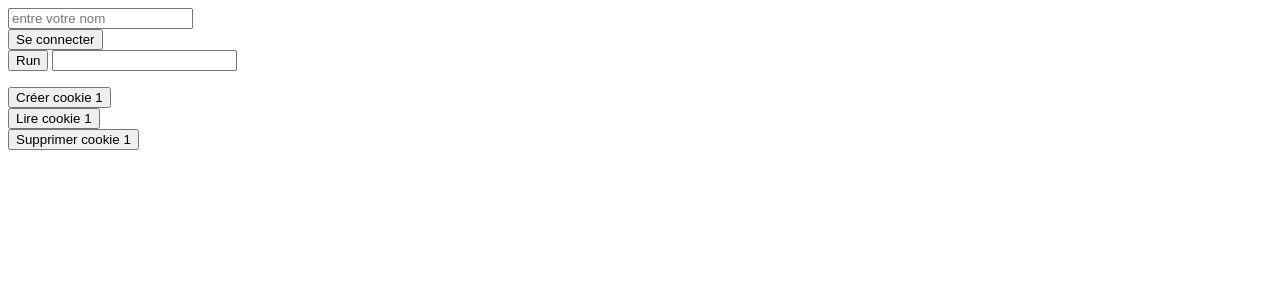
Repository: SarahG4000/workshop-cookies
Page: http://localhost/index.php
These files come from the project's save history. The page is drawn as it stood at one moment and after the next save; the edit follows.
The browser window is 1280 px wide. The pictures show the whole page.
The page is run by PHP 8.4 with error messages shown; the project is at /var/www/html/.

Above is the page before, as saved 2020-09-02 11:37:59.

### src/index.php
<?php
include './php/cookies.php'; ?>

<!DOCTYPE html>
<html lang="en">

<head>
    <meta charset="UTF-8">
    <meta name="viewport" content="width=device-width, initial-scale=1.0">
    <title>Workshop</title>
</head>

<body>
    <div id="app">
        <button id="run">Run</button>

        <input type="text" id="creatin"  />
        <p>
        <button id="creat">Créer cookie 1</button><br>
        <button id="read">Lire cookie 1</button><br>
        <button id="delete">Supprimer cookie 1</button>
        </p>


        <!-- <?php
//HelloWorld();
?> -->
    </div>
    <script src="./javasscript/cookies.js"></script>

</body>

</html>

### src/php/cookies.php
<?php
if (!empty($_POST['nom'])) {
    setcookie('name', $_POST['nom'], time() + 60 * 60 * 24);
}
// setcookie('name', 'sarah', time() + 60 * 60 * 24);
// var_dump($_COOKIE);

// $hello = 'hello World';

// function HelloWorld()
// {
//     echo '<h1>Hello World</h1>';
// }
//
?>

<from action="" method="post">
<div>
<input name="nom" placeholder="entre votre nom" />
</div>
<button>Se connecter</button>
</from>

### src/javasscript/cookies.js
const hello = 'Hello World'

document.querySelector('#run').addEventListener('click', () => {
  console.log(hello)
})

After the next save:
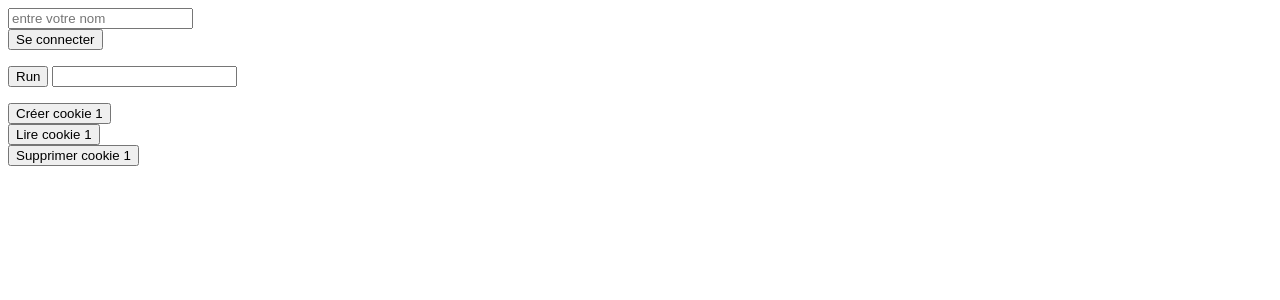
Saved 119 s later.
--- a/src/php/cookies.php
+++ b/src/php/cookies.php
@@ -14,9 +14,9 @@ if (!empty($_POST['nom'])) {
 //
 ?>
 
-<from action="" method="post">
+<form action="" method="post">
 <div>
 <input name="nom" placeholder="entre votre nom" />
 </div>
 <button>Se connecter</button>
-</from>
+</form>
